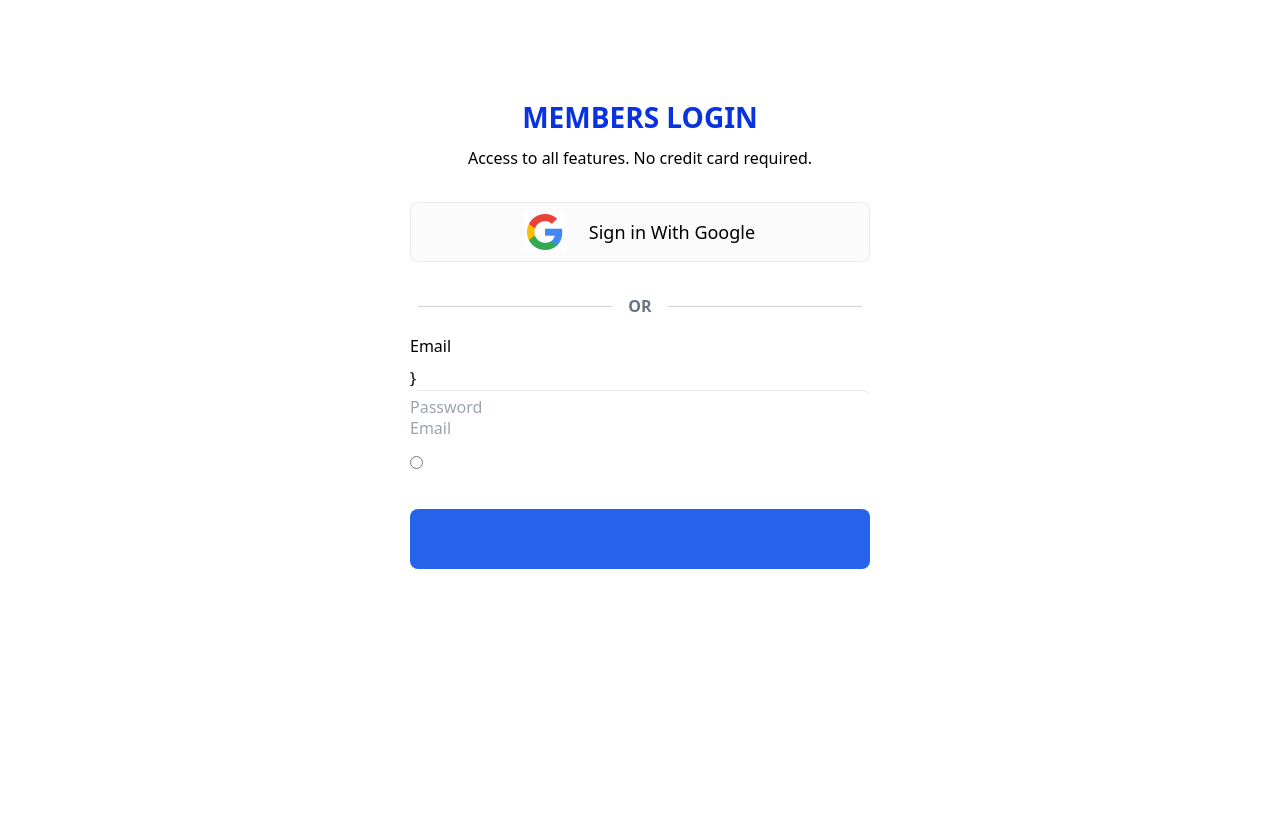
Repository: MaramMaryam/login
Page: login.html
These files come from the project's save history. The page is drawn as it stood at one moment and after a run of saves; the edit follows.
The browser window is 1280 px wide. The pictures show the whole page.
Some web libraries are served in a nearby version.

Above is the page before, as saved 2023-06-29 11:40:13.

### login.html
<!DOCTYPE html>
<html lang="en">
<head>
    <meta charset="UTF-8">
    <meta http-equiv="X-UA-Compatible" content="IE=edge">
    <meta name="viewport" content="width=device-width, initial-scale=1.0">
    <!-- <link href="https://cdn.jsdelivr.net/npm/tailwindcss@2.2.15/dist/tailwind.min.css" rel="stylesheet"> -->
    <script src="https://cdn.tailwindcss.com"></script>
    <title>Login</title>
</head>
<body>
    <section class="flex items-center flex-col min-h-screen mt-24 w-full max-w-[460px] text-left m-auto">
        <h2 class="text-[#0933DF] uppercase font-bold text-[28px]">
            <!-- Login Title -->
            MEMBERS LOGIN
        </h2>
        <p class="font-light mt-2">
            <!-- Login Description -->
            Access to all features. No credit card required.
        </p>
        <button class="w-full h-[60px] bg-[#FBFBFB] border border[#E3E3E3] rounded-lg flex items-center justify-center my-8">
            <!-- Google Icon (SVG or Image tag) -->
            <svg
                class="google-icon" xmlns="http://www.w3.org/2000/svg" xmlns:xlink="http://www.w3.org/1999/xlink"
                width="40" height="40" viewBox="0 0 40 40">
                <image id="g-logo" width="40" height="40"
                    xlink:href="data:[embedded picture, 2386 characters]">
                </image>
            </svg>
            <span class="text-lg font-light ml-6">
                <!-- Google Register Label -->
                Sign in With Google
            </span>
        </button>
        <div class="flex items-center w-full">
            <div class="flex-grow border-t border-gray-300 mx-2"></div>
            <span class="text-gray-500 mx-2 font-semibold">
                <!-- OR Text -->
                OR
            </span>
            <div class="flex-grow border-t border-gray-300 mx-2"></div>
        </div>
        <form class="w-full">
            <div class="h-[45px] my-4">
                <div class="flex flex-col">
                    <label class="mb-2">Email</label>}
                    <div
                        class="flex bg-white items-center border border-alto-main rounded-[8px]"
                    >
                        <input
                            class"g-transparent border-none w-full h-full p-2 outline-none`}
                            {...restProps}
                        />
                    </div>
                </div>
                <input type="email" class="w-full" placeholder="Email">
            </div>
            <div class="h-[45px] my-4">
                <input type="password" class="w-full" placeholder="Password">
            </div>
            <div class="flex items-center justify-between my-2">
                <label class="flex items-center">
                    <input type="radio" class="mr-2">
                    <!-- Remember Me Label -->
                </label>
                <a href="/" class="text-blue-600">
                    <!-- Forget Password Label -->
                </a>
            </div>
            <button class="h-[60px] w-full bg-blue-600 hover:opacity-80 mt-8 text-white uppercase rounded-lg" disabled>
                <!-- Login Label -->
            </button>
            <p class="my-8 font-light text-center">
                <!-- Have Account Text -->
                <a href="/register/create" class="text-blue-600 font-normal">
                    <!-- Create Account Label -->
                </a>
            </p>
        </form>
    </section>
</body>
</html>

After the next 2 saves:
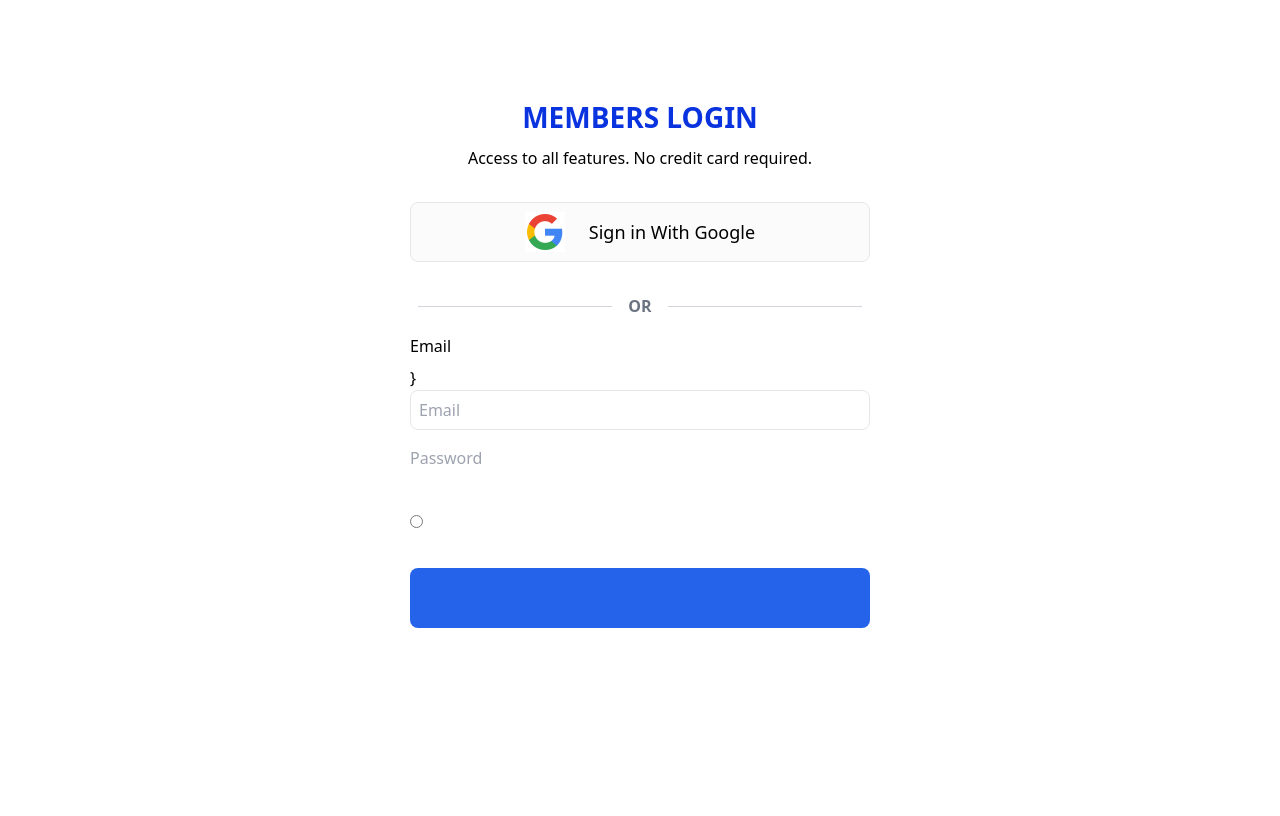
The 2 saves are shown as one change because they came seconds apart.
The last was saved 6 s later.
--- a/login.html
+++ b/login.html
@@ -48,7 +48,7 @@
                         class="flex bg-white items-center border border-alto-main rounded-[8px]"
                     >
                         <input
-                            class"g-transparent border-none w-full h-full p-2 outline-none`}
+                            class="bg-transparent border-none w-full h-full p-2 outline-none`}
                             {...restProps}
                         />
                     </div>

After the 3 saves that followed:
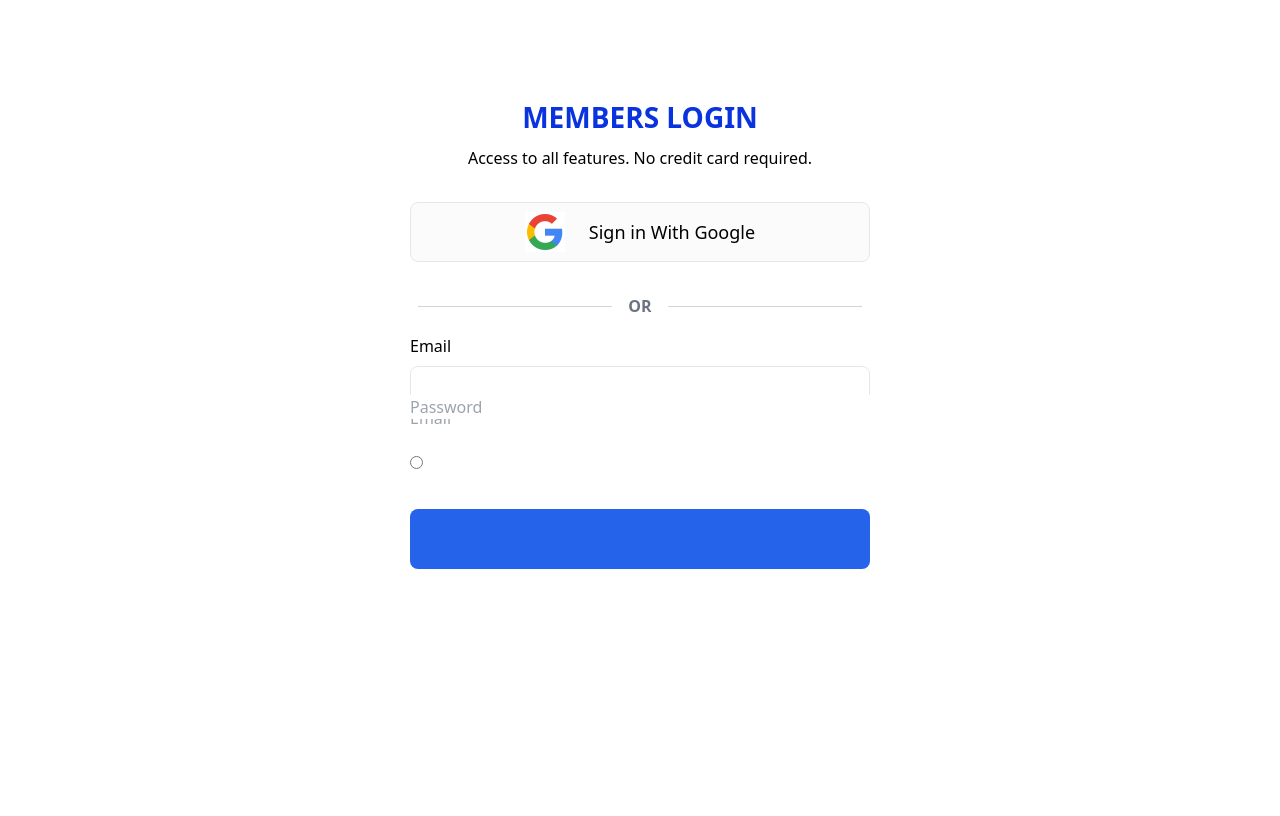
The 3 saves are shown as one change because they came seconds apart.
The last was saved 9 s later.
--- a/login.html
+++ b/login.html
@@ -43,13 +43,12 @@
         <form class="w-full">
             <div class="h-[45px] my-4">
                 <div class="flex flex-col">
-                    <label class="mb-2">Email</label>}
+                    <label class="mb-2">Email</label>
                     <div
                         class="flex bg-white items-center border border-alto-main rounded-[8px]"
                     >
                         <input
-                            class="bg-transparent border-none w-full h-full p-2 outline-none`}
-                            {...restProps}
+                            class="bg-transparent border-none w-full h-full p-2 outline-none"
                         />
                     </div>
                 </div>
